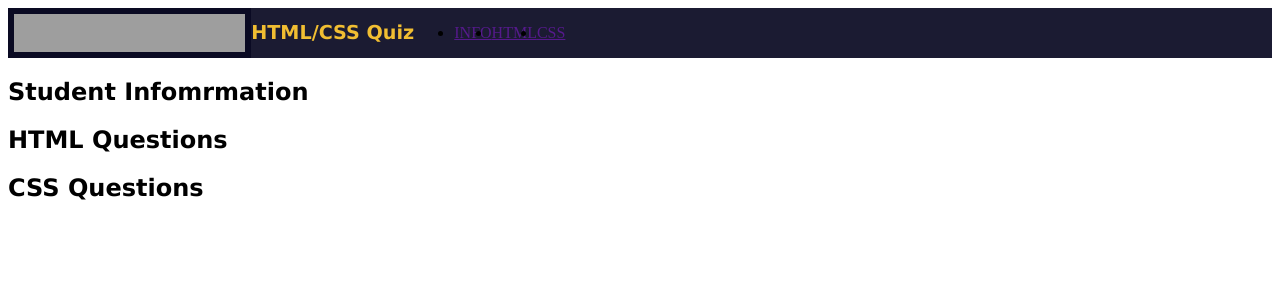
Repository: Lungdjos/accessibility_build_quiz
Page: index.html
An editor plug-in stored every save of this project. The page is shown before and after a run of saves, followed by the edit.
The browser window is 1280 px wide. The pictures show the whole page.
Pictures or frames that could not be fetched are drawn as grey boxes.

Above is the page before, as saved 2023-10-28 04:36:11.

After the next 3 saves:
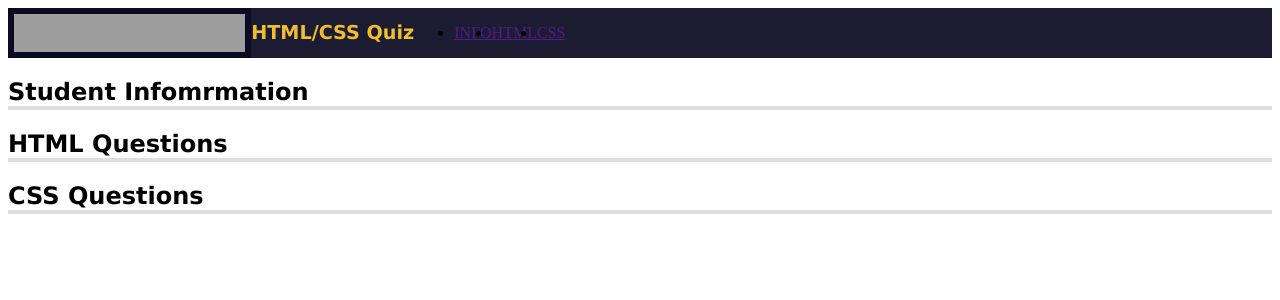
The 3 saves are shown as one change because they came seconds apart.
The last was saved 8 s later.
--- a/styles.css
+++ b/styles.css
@@ -28,4 +28,6 @@ h2 {
     font-family: Verdana, sans-serif;
 }
 
-h2 {}
+h2 {
+    border-bottom: 4px solid #dfdfe2;
+}
